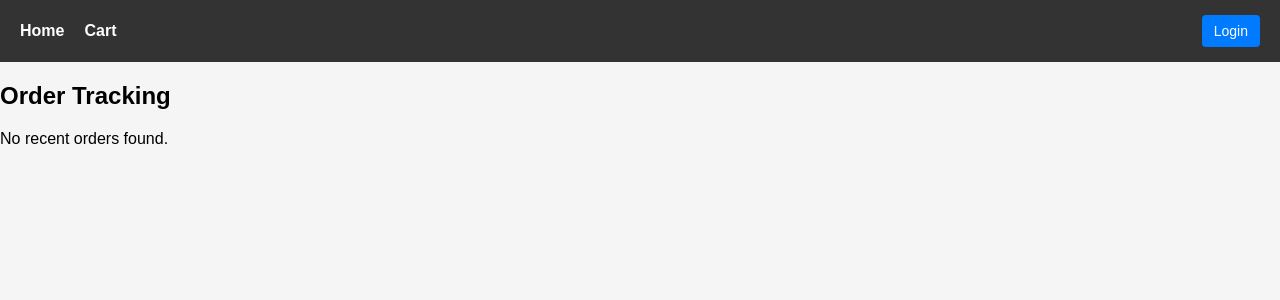
Repository: Hitesh8980/shop
Page: /order-tracking (app in ecommerce-frontend/)
An editor plug-in stored every save of this project. The page is shown before and after the next save, followed by the edit.
The browser window is 1280 px wide. The pictures show the whole page.
The project was rebuilt for these pictures with package versions that can differ from the ones it lists, and the page was loaded fresh each time. Also part of the build but not shown: ecommerce-frontend/vite.config.js, ecommerce-frontend/src/pages/Home.jsx, ecommerce-frontend/src/pages/Cart.jsx, ecommerce-frontend/src/utils/api.js, ecommerce-frontend/src/utils/razorpay.js, ecommerce-frontend/src/utils/auth.js, ecommerce-frontend/src/pages/Checkout.jsx, ecommerce-frontend/src/pages/Login.jsx and 1 more.

Above is the page before, as saved 2025-03-18 20:51:20.

### ecommerce-frontend/index.html
<!doctype html>
<html lang="en">
  <head>
    <meta charset="UTF-8" />
    <script src="https://checkout.razorpay.com/v1/checkout.js"></script>
    <meta name="viewport" content="width=device-width, initial-scale=1.0" />
    <title>E-commerce</title>
  </head>
  <body>
    <div id="root"></div>
    <script type="module" src="/src/main.jsx"></script>
  </body>
</html>

### ecommerce-frontend/src/main.jsx
import React from "react";
import ReactDOM from "react-dom/client";
import { Provider } from "react-redux";
import App from "./App";
import store from "./redux/store";
import "./index.css";

ReactDOM.createRoot(document.getElementById("root")).render(
  <Provider store={store}>
    <App />
  </Provider>
);

### ecommerce-frontend/src/App.jsx
import React from "react";
import { BrowserRouter as Router, Routes, Route } from "react-router-dom";
import { Provider } from "react-redux";
import store from "./redux/store";
import Navbar from "./components/Navbar";
import Home from "./pages/Home";
import Cart from "./pages/Cart";
import Checkout from "./pages/Checkout";
import Login from "./pages/Login";
import PrivateRoute from "./components/ProtectedRoute";
import OrderTracking from "./components/OrderTracking";

const App = () => {
  return (
    <Provider store={store}>
      <Router>
        <Navbar />
        <Routes>
          <Route path="/" element={<Home />} />
          <Route path="/cart" element={<Cart />} />
          <Route path="/login" element={<Login />} />
          <Route path="/order-tracking" element={<OrderTracking />} />
          <Route
            path="/checkout"
            element={
              <PrivateRoute>
                <Checkout />
              </PrivateRoute>
            }
          />
        </Routes>
      </Router>
    </Provider>
  );
};

export default App;

### ecommerce-frontend/src/redux/store.js
import { configureStore } from "@reduxjs/toolkit";
import authReducer from "./authSlice";
import cartReducer from "./cartSlice";
import productReducer from "./productSlice";

const store = configureStore({
  reducer: {
    auth: authReducer,
    cart: cartReducer,
    product: productReducer,
  },
});

export default store;

### ecommerce-frontend/src/index.css
/* General Styles */
body {
  font-family: Arial, sans-serif;
  margin: 0;
  padding: 0;
  background-color: #f5f5f5;
}

/* Navbar Styles */
.navbar {
  display: flex;
  justify-content: space-between;
  align-items: center;
  background-color: #333;
  padding: 15px 20px;
  color: white;
}

.nav-links a {
  margin-right: 20px;
  text-decoration: none;
  color: white;
  font-weight: bold;
}

.nav-links a:hover {
  color: #ff6f61;
}

.login-button, .logout-button {
  padding: 8px 12px;
  border: none;
  background-color: #007bff;
  color: white;
  cursor: pointer;
  font-size: 14px;
  border-radius: 4px;
}

.logout-button {
  background-color: #dc3545;
}

.login-button:hover {
  background-color: #0056b3;
}

.logout-button:hover {
  background-color: #a71d2a;
}

/* Product Card Styles */
.product-card {
  border: 1px solid #ddd;
  border-radius: 8px;
  padding: 16px;
  text-align: center;
  background-color: white;
  transition: transform 0.2s ease-in-out;
}

.product-card:hover {
  transform: scale(1.05);
}

.product-image {
  width: 100px;
  height: 100px;
  object-fit: cover;
}

.product-name {
  font-size: 16px;
  font-weight: bold;
  margin: 8px 0;
}

.product-price {
  color: #28a745;
  font-weight: bold;
}

.add-to-cart-button {
  padding: 8px 12px;
  border: none;
  background-color: #28a745;
  color: white;
  cursor: pointer;
  font-size: 14px;
  border-radius: 4px;
  margin-top: 8px;
}

.add-to-cart-button:hover {
  background-color: #218838;
}

/* Cart Page Styles */
.cart-container {
  max-width: 600px;
  margin: auto;
  padding: 20px;
  background: white;
  border-radius: 10px;
  box-shadow: 0 4px 8px rgba(0, 0, 0, 0.1);
}

.cart-item {
  display: flex;
  align-items: center;
  justify-content: space-between;
  border-bottom: 1px solid #ddd;
  padding: 10px 0;
}

.cart-image {
  width: 80px;
  height: 80px;
  object-fit: cover;
  border-radius: 5px;
}

.cart-details {
  flex: 1;
  padding-left: 10px;
}

.item-name {
  font-weight: bold;
}

.quantity-controls {
  display: flex;
  align-items: center;
  gap: 10px;
  margin: 10px 0;
}

.qty-btn {
  background: #ff6f61;
  color: white;
  border: none;
  padding: 5px 10px;
  cursor: pointer;
  font-size: 16px;
}

.qty-btn:disabled {
  background: gray;
  cursor: not-allowed;
}

.remove-button {
  background: red;
  color: white;
  border: none;
  padding: 5px 10px;
  cursor: pointer;
  font-size: 14px;
}

.checkout-button {
  width: 100%;
  background: #ff6f61;
  color: white;
  padding: 10px;
  border: none;
  cursor: pointer;
  font-size: 16px;
  margin-top: 10px;
}

.checkout-button:hover {
  background: #e65b50;
}


/* Register Page Styles */
.register-container {
  max-width: 400px;
  margin: auto;
  padding: 20px;
  background-color: white;
  border-radius: 8px;
  box-shadow: 0 0 10px rgba(0, 0, 0, 0.1);
}

.register-container input {
  width: 100%;
  padding: 10px;
  margin: 8px 0;
  border: 1px solid #ddd;
  border-radius: 4px;
}

.register-button {
  padding: 10px 16px;
  border: none;
  background-color: #007bff;
  color: white;
  cursor: pointer;
  font-size: 16px;
  border-radius: 4px;
  margin-top: 10px;
  width: 100%;
}

.register-button:hover {
  background-color: #0056b3;
}

/* Home Page Styles */
.home-container {
  padding: 20px;
}

.product-grid {
  display: grid;
  grid-template-columns: repeat(auto-fill, minmax(200px, 1fr));
  gap: 16px;
}

.loading-text {
  font-size: 18px;
  font-weight: bold;
  text-align: center;
}
/* General Container */
.products-container {
  display: grid;
  grid-template-columns: repeat(auto-fit, minmax(250px, 1fr));
  gap: 20px;
  padding: 20px;
  justify-content: center;
}

/* Product Card */
.product-card {
  border: 1px solid #ddd;
  border-radius: 8px;
  padding: 15px;
  background-color: #fff;
  box-shadow: 0px 4px 6px rgba(0, 0, 0, 0.1);
  transition: transform 0.3s ease-in-out;
  text-align: center;
}

.product-card:hover {
  transform: translateY(-5px);
}

/* Product Image */
.product-image {
  width: 100%;
  max-height: 200px;
  object-fit: contain;
  border-bottom: 1px solid #ddd;
  margin-bottom: 10px;
}

/* Product Name */
.product-name {
  font-size: 16px;
  font-weight: bold;
  margin: 10px 0;
  color: #333;
}

/* Brand & Price */
.product-brand,
.product-price {
  font-size: 14px;
  color: #666;
  margin: 5px 0;
}

/* Description */
.product-description {
  font-size: 13px;
  color: #444;
  margin: 10px 0;
  height: 50px;
  overflow: hidden;
  text-overflow: ellipsis;
}

/* Buttons */
.product-buttons {
  display: flex;
  justify-content: space-around;
  margin-top: 10px;
}

.add-to-cart,
.buy-now {
  padding: 8px 12px;
  font-size: 14px;
  border: none;
  cursor: pointer;
  border-radius: 5px;
  transition: background 0.3s;
}

.add-to-cart {
  background-color: #ff9800;
  color: white;
}

.add-to-cart:hover {
  background-color: #e68900;
}

.buy-now {
  background-color: #f44336;
  color: white;
}

.buy-now:hover {
  background-color: #d32f2f;
}

### ecommerce-frontend/src/components/Navbar.jsx
import { Link } from "react-router-dom";
import { useSelector, useDispatch } from "react-redux";
import { logout } from "../redux/authSlice";
import "../index.css";

const Navbar = () => {
  const dispatch = useDispatch();
  const { user } = useSelector((state) => state.auth);

  const handleLogout = () => {
    dispatch(logout());
  };

  return (
    <nav className="navbar">
      <div className="nav-links">
        <Link to="/">Home</Link>
        <Link to="/cart">Cart</Link>
      </div>
      <div>
        {user ? (
          <button className="logout-button" onClick={handleLogout}>
            Logout
          </button>
        ) : (
          <Link to="/login">
            <button className="login-button">Login</button>
          </Link>
        )}
      </div>
    </nav>
  );
};

export default Navbar;

### ecommerce-frontend/src/components/OrderTracking.jsx
import { useEffect, useState } from "react";
import axios from "axios";
import { useSelector } from "react-redux";

const OrderTracking = () => {
  const { user } = useSelector((state) => state.auth);
  const [orders, setOrders] = useState([]);

  useEffect(() => {
    if (user) {
      axios.get(`/api/orders/my-orders/${user._id}`)
        .then(response => setOrders(response.data))
        .catch(error => console.error("Error fetching orders:", error));
    }
  }, [user]);

  // Order status progress
  const getOrderProgress = (status) => {
    switch (status) {
      case "Processing": return 25;
      case "Shipped": return 50;
      case "Out for Delivery": return 75;
      case "Delivered": return 100;
      default: return 0;
    }
  };

  return (
    <div className="order-tracking-container">
      <h2>Order Tracking</h2>

      {orders.length === 0 ? (
        <p>No recent orders found.</p>
      ) : (
        orders.map(order => (
          <div key={order._id} className="order-card">
            <h3>Order ID: {order._id}</h3>
            <p>Status: <span className={`status ${order.orderStatus.toLowerCase()}`}>{order.orderStatus}</span></p>
            <p>Estimated Delivery: {new Date(order.estimatedDelivery).toDateString()}</p>

            {/* Progress Bar */}
            <div className="progress-container">
              <div className="progress-bar" style={{ width: `${getOrderProgress(order.orderStatus)}%` }}></div>
            </div>

            {/* Order Items */}
            <ul className="order-items">
              {order.items.map(item => (
                <li key={item.productId} className="order-item">
                  <img src={item.image} alt={item.name} />
                  <div>
                    <p>{item.name}</p>
                    <p>₹{item.price} x {item.quantity}</p>
                  </div>
                </li>
              ))}
            </ul>
          </div>
        ))
      )}
    </div>
  );
};

export default OrderTracking;

### ecommerce-frontend/src/redux/authSlice.js
import { createSlice } from "@reduxjs/toolkit";

const initialState = {
  user: JSON.parse(localStorage.getItem("user")) || null,
};

const authSlice = createSlice({
  name: "auth",
  initialState,
  reducers: {
    login: (state, action) => {
      state.user = action.payload;
      localStorage.setItem("user", JSON.stringify(action.payload));
    },
    logout: (state) => {
      state.user = null;
      localStorage.removeItem("user");
    },
  },
});

export const { login, logout } = authSlice.actions;
export default authSlice.reducer;

### ecommerce-frontend/src/redux/cartSlice.js
import { createSlice } from "@reduxjs/toolkit";

const loadCartFromLocalStorage = () => {
  try {
    const storedCart = localStorage.getItem("cart");
    return storedCart ? JSON.parse(storedCart) : [];
  } catch (error) {
    console.error("Error loading cart from localStorage:", error);
    return [];
  }
};

const saveCartToLocalStorage = (cart) => {
  try {
    localStorage.setItem("cart", JSON.stringify(cart));
  } catch (error) {
    console.error("Error saving cart:", error);
  }
};

const cartSlice = createSlice({
  name: "cart",
  initialState: {
    cart: loadCartFromLocalStorage(),
  },
  reducers: {
    addToCart: (state, action) => {
      const item = action.payload;
      const existingItem = state.cart.find((cartItem) => cartItem._id === item._id);

      if (existingItem) {
        existingItem.quantity += 1;
      } else {
        state.cart.push({ ...item, quantity: 1 });
      }

      saveCartToLocalStorage(state.cart);
    },
    removeFromCart: (state, action) => {
      state.cart = state.cart.filter((item) => item._id !== action.payload);
      saveCartToLocalStorage(state.cart);
    },
    updateQuantity: (state, action) => {
      const { id, amount } = action.payload;
      const item = state.cart.find((cartItem) => cartItem._id === id);
      if (item) {
        item.quantity += amount;
        if (item.quantity < 1) item.quantity = 1;
      }
      saveCartToLocalStorage(state.cart);
    },
    clearCart: (state) => {
      state.cart = [];
      localStorage.removeItem("cart");
    },
    reloadCart: (state) => {
      state.cart = loadCartFromLocalStorage();
    },
  },
});

export const { addToCart, removeFromCart, updateQuantity, clearCart, reloadCart } = cartSlice.actions;
export default cartSlice.reducer;

### ecommerce-frontend/src/redux/productSlice.js
import { createSlice, createAsyncThunk } from "@reduxjs/toolkit";
import axios from "axios";

export const fetchProducts = createAsyncThunk("products/fetch", async () => {
  const response = await axios.get("https://onemg-1.onrender.com/product/view-pro");
  return response.data;
});

const productSlice = createSlice({
  name: "product",
  initialState: { products: [], loading: false },
  extraReducers: (builder) => {
    builder
      .addCase(fetchProducts.pending, (state) => {
        state.loading = true;
      })
      .addCase(fetchProducts.fulfilled, (state, action) => {
        state.loading = false;
        state.products = action.payload;
      })
      .addCase(fetchProducts.rejected, (state) => {
        state.loading = false;
      });
  },
});

export default productSlice.reducer;

After the next save:
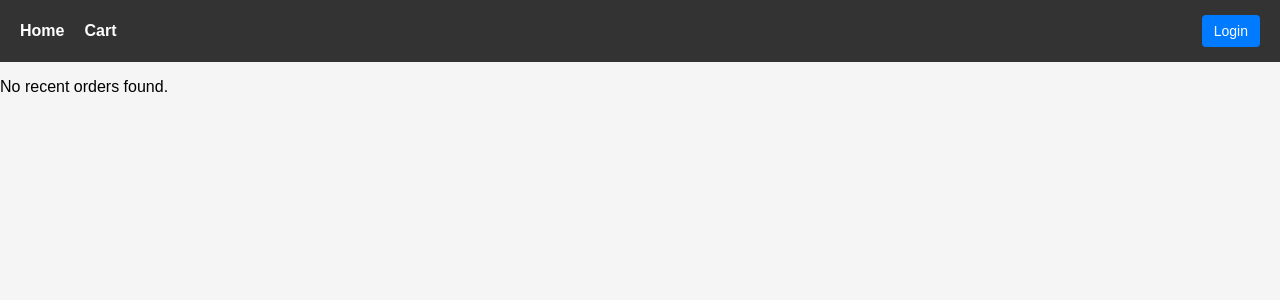
Saved 14 s later.
--- a/ecommerce-frontend/src/components/OrderTracking.jsx
+++ b/ecommerce-frontend/src/components/OrderTracking.jsx
@@ -1,20 +1,19 @@
-import { useEffect, useState } from "react";
-import axios from "axios";
-import { useSelector } from "react-redux";
+import React, { useEffect, useState } from "react";
 
 const OrderTracking = () => {
-  const { user } = useSelector((state) => state.auth);
-  const [orders, setOrders] = useState([]);
+  const [order, setOrder] = useState(null);
 
   useEffect(() => {
-    if (user) {
-      axios.get(`/api/orders/my-orders/${user._id}`)
-        .then(response => setOrders(response.data))
-        .catch(error => console.error("Error fetching orders:", error));
+    const storedOrder = localStorage.getItem("latestOrder");
+    if (storedOrder) {
+      setOrder(JSON.parse(storedOrder));
     }
-  }, [user]);
+  }, []);
 
-  // Order status progress
+  if (!order) {
+    return <p>No recent orders found.</p>;
+  }
+
   const getOrderProgress = (status) => {
     switch (status) {
       case "Processing": return 25;
@@ -29,35 +28,29 @@ const OrderTracking = () => {
     <div className="order-tracking-container">
       <h2>Order Tracking</h2>
 
-      {orders.length === 0 ? (
-        <p>No recent orders found.</p>
-      ) : (
-        orders.map(order => (
-          <div key={order._id} className="order-card">
-            <h3>Order ID: {order._id}</h3>
-            <p>Status: <span className={`status ${order.orderStatus.toLowerCase()}`}>{order.orderStatus}</span></p>
-            <p>Estimated Delivery: {new Date(order.estimatedDelivery).toDateString()}</p>
+      <div className="order-card">
+        <h3>Order ID: #123456789</h3>
+        <p>Status: <span className={`status ${order.orderStatus.toLowerCase()}`}>{order.orderStatus}</span></p>
+        <p>Estimated Delivery: {order.estimatedDelivery}</p>
 
-            {/* Progress Bar */}
-            <div className="progress-container">
-              <div className="progress-bar" style={{ width: `${getOrderProgress(order.orderStatus)}%` }}></div>
-            </div>
+        {/* Progress Bar */}
+        <div className="progress-container">
+          <div className="progress-bar" style={{ width: `${getOrderProgress(order.orderStatus)}%` }}></div>
+        </div>
 
-            {/* Order Items */}
-            <ul className="order-items">
-              {order.items.map(item => (
-                <li key={item.productId} className="order-item">
-                  <img src={item.image} alt={item.name} />
-                  <div>
-                    <p>{item.name}</p>
-                    <p>₹{item.price} x {item.quantity}</p>
-                  </div>
-                </li>
-              ))}
-            </ul>
-          </div>
-        ))
-      )}
+        {/* Order Items */}
+        <ul className="order-items">
+          {order.items.map(item => (
+            <li key={item._id} className="order-item">
+              <img src={item.image} alt={item.name} />
+              <div>
+                <p>{item.name}</p>
+                <p>₹{item.price} x {item.quantity || 1}</p>
+              </div>
+            </li>
+          ))}
+        </ul>
+      </div>
     </div>
   );
 };
